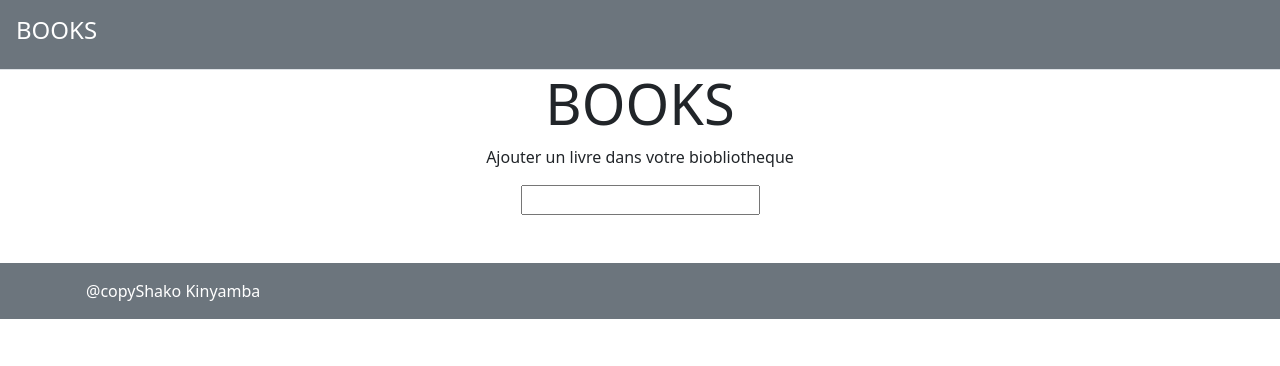
Repository: SKB-TECH/Books
Page: /
These files come from the project's save history. The page is drawn as it stood at one moment and after the next save; the edit follows.
The browser window is 1280 px wide. The pictures show the whole page.
The project was rebuilt for these pictures with package versions that can differ from the ones it lists, and the page was loaded fresh each time. Also part of the build but not shown: vite.config.js.

Above is the page before, as saved 2022-11-09 15:43:52.

### src/main.jsx
import React from 'react'
import ReactDOM from 'react-dom/client'
import App from './App'
import 'bootstrap/dist/css/bootstrap.min.css'

ReactDOM.createRoot(document.getElementById('root')).render(
  <React.StrictMode>
    <App />
  </React.StrictMode>
)

### src/App.jsx
import React from 'react';
import Footer from './components/Footer';
import Navbar from './components/Navbar';
import AddBooks from './Containers/AddBooks'
const App = () => {
  return (
    <div className='App'>
      <Navbar />
      <AddBooks />
      <Footer />
    </div>
  );
};

export default App;

### src/components/Footer.jsx
import React from 'react';

const Footer = () => {
    return (
        <footer className='footer text-white bg-secondary mt-5'>
            <div className='container p-3'>
                <span>
                    @copyShako Kinyamba
                </span>
            </div>
        </footer>
    );
};

export default Footer;

### src/components/Navbar.jsx
import React from 'react';

const Navbar = () => {
    return (
        <header>
            <div className='d-flex flex-column flex-md-row p-3 border-bottom bg-secondary text-white'>
                <h4 className='mr-md-auto'>
                    <a href="/" className='text-decoration-none text-white'>BOOKS</a>
                </h4>
            </div>
            {/* Menu principl */}
        </header>
    );
};

export default Navbar;

### src/Containers/AddBooks.jsx
import React from 'react';

const AddBooks = () => {
    return (
        <main role="main">
            <div className='jumbotron jumbotron-fluid'>
                <div className='container text-center'>
                    <h1 className='display-4'>
                        BOOKS
                    </h1>
                    <p>
                        Ajouter un livre dans votre biobliotheque
                    </p>

                    <form action="" className='form-inline justify-content-center'>
                        <div className='form-group'>
                            <input type="text"
                               class
                              required
                            />
                        </div>
                    </form>
                </div>
            </div>
        </main>
    );
};

export default AddBooks;

Loaded but not shown: index.html (common file)

After the next save:
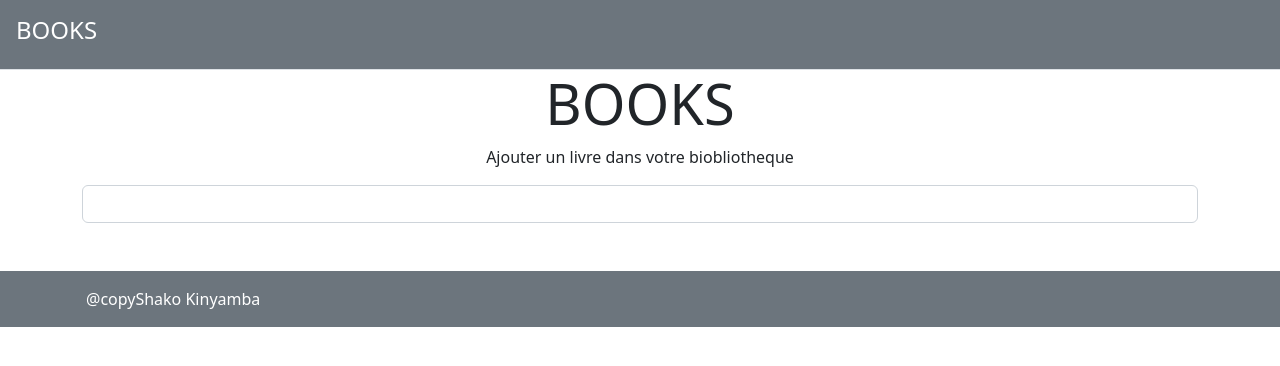
Saved 5 s later.
--- a/src/Containers/AddBooks.jsx
+++ b/src/Containers/AddBooks.jsx
@@ -15,8 +15,8 @@ const AddBooks = () => {
                     <form action="" className='form-inline justify-content-center'>
                         <div className='form-group'>
                             <input type="text"
-                               class
-                              required
+                                className='form-control'
+                                required
                             />
                         </div>
                     </form>
